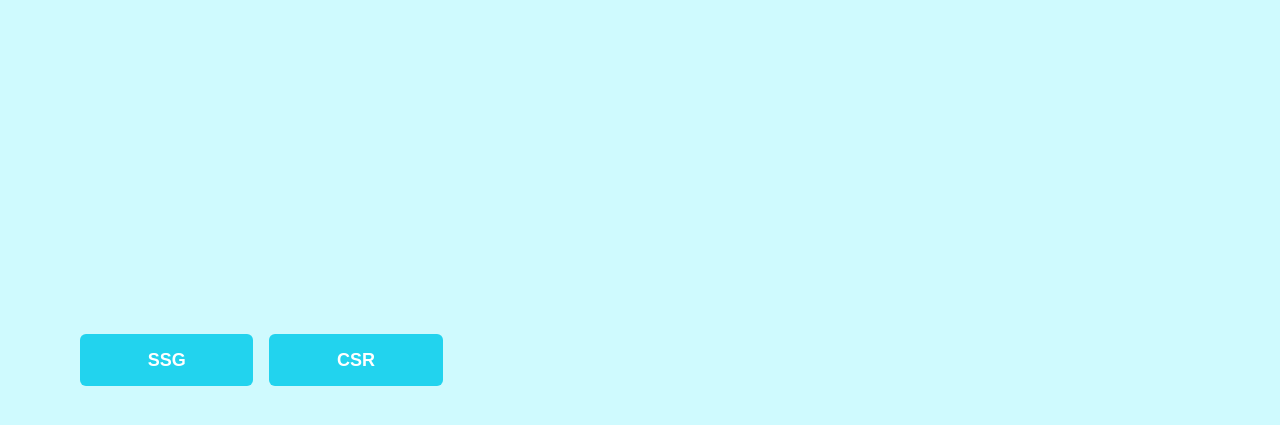
Repository: Marcus20119/Study_nextjs
Page: /
The author's editor kept a copy of each file at every save. The page is drawn from the files as they stood at one save, then again after the next save.
The browser window is 1280 px wide. The pictures show the whole page.
The project was rebuilt for these pictures with package versions that can differ from the ones it lists, and the page was loaded fresh each time. The framework's server and built-in components were replaced by stand-ins that run in the browser. Also part of the build but not shown: next.config.js.

Above is the page before, as saved 2023-04-06 11:46:17.

After the next save:
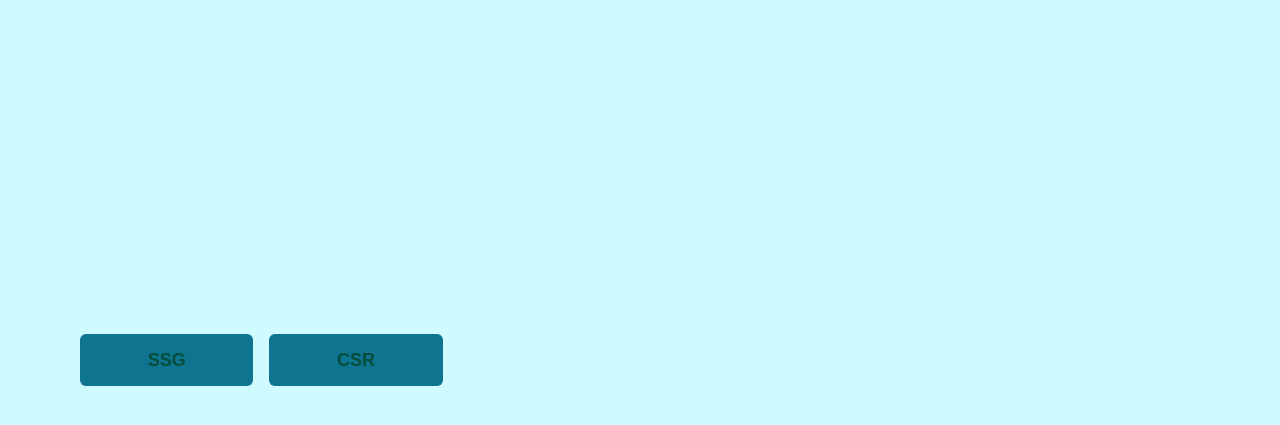
Saved 22 s later.
--- a/pages/index.tsx
+++ b/pages/index.tsx
@@ -34,7 +34,7 @@ export default function Home() {
           {tabsData.map(tab => (
             <button
               key={tab.path}
-              className="flex justify-center items-center bg-cyan-400 py-3 rounded-md text-white text-lg font-bold"
+              className="flex justify-center items-center bg-cyan-700 py-3 rounded-md text-emerald-900 text-lg font-bold"
             >
               <Link href={tab.path}>{tab.name}</Link>
             </button>
